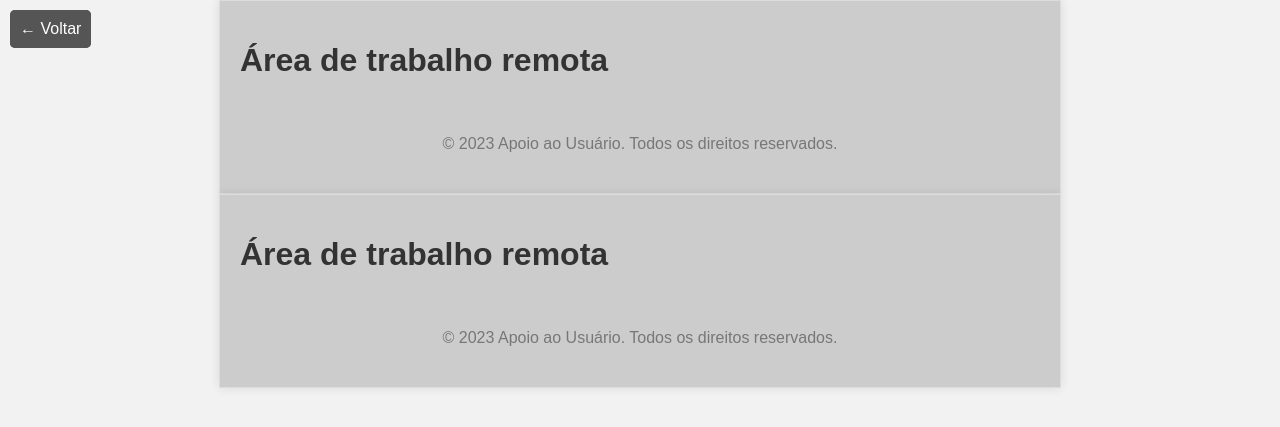
Repository: I4guito/dicasdez
Page: Dicas site/Dicas/arearemota.html
An editor plug-in stored every save of this project. The page is shown before and after the next save, followed by the edit.
The browser window is 1280 px wide. The pictures show the whole page.

Above is the page before, as saved 2023-12-11 12:46:10.

### Dicas site/Dicas/arearemota.html
<!DOCTYPE html>
<html lang="pt-br">
<head>
    <meta charset="UTF-8">
    <meta name="viewport" content="width=device-width, initial-scale=1.0">
    <link rel="stylesheet" href="padrao.css">
    <script src="/Dicas site/script.js"></script>
    <title>Dicas 10 - Área de trabalho remota </title>
</head>
<body>
    <div class="container">
        <header>
        <a href="javascript:history.back()" class="voltar-btn">&#8592; Voltar</a>
            <h1>Área de trabalho remota </h1>
        </header>
        <section>
            <h2>  </h2>
            <ul>
                <li></li>
                <li></li>
            </ul>
        </section><br>
        <footer>
            <p>&copy; 2023 Apoio ao Usuário. Todos os direitos reservados.</p>
        </footer>
    </div>

    <div class="container">
        <header>
        <a href="javascript:history.back()" class="voltar-btn">&#8592; Voltar</a>
            <h1>Área de trabalho remota </h1>
        </header>
        <section>
            <h2>  </h2>
            <ul>
                <li></li>
                <li></li>
            </ul>
        </section><br>
        <footer>
            <p>&copy; 2023 Apoio ao Usuário. Todos os direitos reservados.</p>
        </footer>
    </div>

</body>
</html>

### Dicas site/Dicas/padrao.css
body {
    font-family: 'Arial', sans-serif;
    margin: 0;
    padding: 0;
    background-color: #f2f2f2;
    color:#fff
}

.container {
    max-width: 800px;
    margin: 0 auto;
    background-color: #ccc;
    padding: 20px;
    box-shadow: 0 0 10px rgba(0, 0, 0, 0.1);
    border: 1px solid #ddd;
    color: #333;
}

header, section, footer {
    margin-bottom: 20px;
}

header h1, section h2 {
    color: #333;
}

ul {
    list-style: none;
    padding: 0;
}

li {
    margin-bottom: 10px;
}

footer {
    text-align: center;
    color: #777;
}

.voltar-btn {
    position: absolute;
    left: 10px;
    top: 10px;
    text-decoration: none;
    color: #fff;
    font-size: 16px;
    padding: 10px;
    background-color: #555;
    border: none;
    border-radius: 5px;
    cursor: pointer;
    transition: background-color 0.3s;
}

.voltar-btn:hover {
    background-color: #777;
}

img {

    margin-inline: 5cm;
    max-width: 100%;
    border-radius: 3%;
}

.link-instrucoes {
    font-family:cursive;
    width: 50px;
    left: 10px;
    text-decoration: none;
    color: #fff;
    font-size: 25px;
    padding: 3px;
    background-color: #555;
    border: none;
    border-radius: 10px;
    cursor: pointer;
    transition:  background-color 0.3s;
}

.link-instrucoes:hover {
    background-color:#777
}

.step {
    max-width: 800px;
    margin: 0 auto;
    background-color: #333;
    padding: 20px;
    box-shadow: 0 0 10px rgba(0, 0, 0, 0.1);
    border: 1px solid #ddd;
    color: #333;
    margin-bottom: 40px;
    padding: 20px;
    border-radius: 8px;
    box-shadow: 0 4px 8px rgba(0, 0, 0, 0.1);
}



.container img {
    display: block;
    max-width: 35%;
    height: auto;
    display: block;
    margin: 20px auto;
    border-radius: 8px;
    box-shadow: 0 4px 8px rgba(0, 0, 0, 0.1);


}

.image-zoom input[type="checkbox"] {
    display: none;
}

.image-zoom img {
    max-width: 100%;
    height: auto;
    cursor: pointer;
    transition: transform 0.3s ease-in-out;
}

.image-zoom input[type="checkbox"]:checked + img {
    transform: scale(1.5);
}

### Dicas site/script.js
function filterItems() {
    var searchBar = document.getElementById('searchBar');
    var filter = searchBar.value.toUpperCase();

    var columns = document.getElementsByClassName('column');
    for (var i = 0; i < columns.length; i++) {
        var boxes = columns[i].getElementsByClassName('box');
        for (var j = 0; j < boxes.length; j++) {
            var item = boxes[j];
            var textValue = item.textContent || item.innerText;
            if (textValue.toUpperCase().indexOf(filter) > -1) {
                item.style.display = "";
            } else {
                item.style.display = "none";
            }
        }
    }
}

function openPage(pageName) {
    window.location.href = pageName + '.html';
}

const isOpera = navigator.userAgent.indexOf("OPR") > -1;

if (isOpera) {
    document.addEventListener("DOMContentLoaded", function () {
        const containers = document.querySelectorAll(".container");
        containers.forEach(function (container) {
            container.style.backgroundColor = "#005c4b";
            container.style.color = "#333";
        });
    });
}

After the next save:
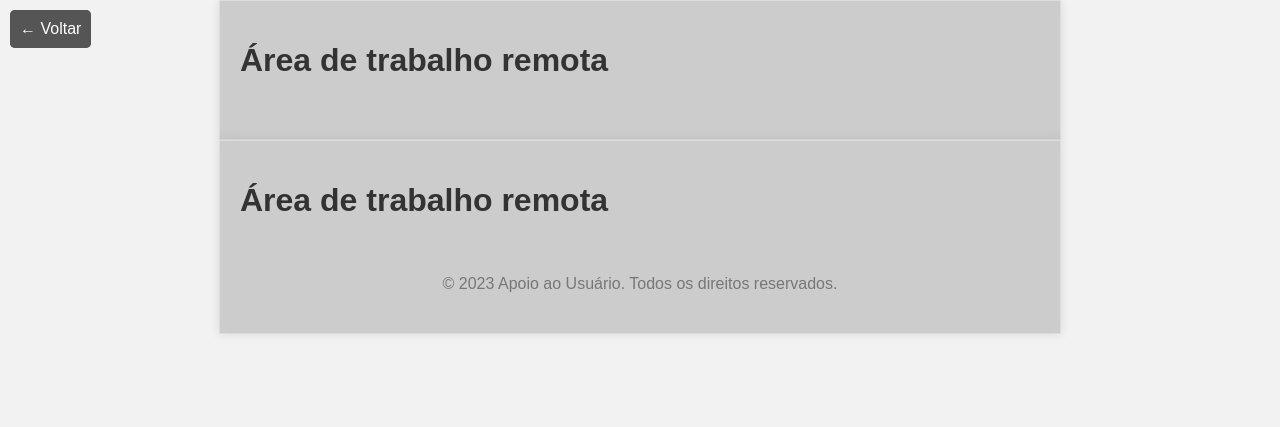
Saved 12 s later.
--- a/Dicas site/Dicas/arearemota.html
+++ b/Dicas site/Dicas/arearemota.html
@@ -20,9 +20,7 @@
                 <li></li>
             </ul>
         </section><br>
-        <footer>
-            <p>&copy; 2023 Apoio ao Usuário. Todos os direitos reservados.</p>
-        </footer>
+
     </div>
 
     <div class="container">
